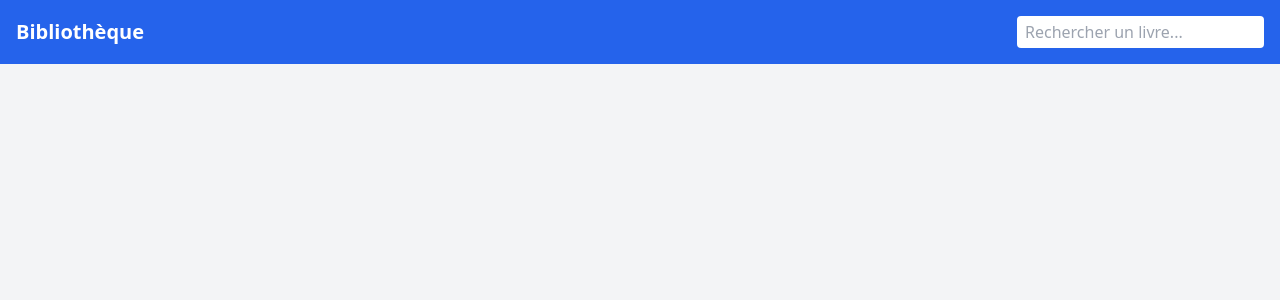
Repository: HAM0909/BookSmart
Page: home.html
An editor plug-in stored every save of this project. The page is shown before and after a run of saves, followed by the edit.
The browser window is 1280 px wide. The pictures show the whole page.
The page's requests for data from a server got no answer. Some web libraries are served in a nearby version.

Above is the page before, as saved 2025-08-22 22:03:17.

### home.html
<!DOCTYPE html>
<html lang="fr">
<head>
    <meta charset="UTF-8">
    <title>Home - Bibliothèque</title>
    <script src="https://cdn.tailwindcss.com"></script>
</head>
<body class="bg-gray-100 min-h-screen">

<header class="bg-blue-600 text-white p-4 flex justify-between items-center">
    <h1 class="text-xl font-bold">Bibliothèque</h1>
    <input id="searchInput" type="text" placeholder="Rechercher un livre..." class="px-2 py-1 rounded">
</header>

<main class="p-4">
    <div id="booksGrid" class="grid grid-cols-1 sm:grid-cols-2 md:grid-cols-3 lg:grid-cols-4 gap-4">
        <!-- Les livres seront injectés ici -->
    </div>
</main>

<script>
let currentUserId = null;

// Récupère l'utilisateur connecté
async function fetchCurrentUser() {
    try {
        const response = await fetch("/api/me");
        const data = await response.json();
        currentUserId = data.id;
    } catch (err) {
        console.error("Erreur fetchCurrentUser:", err);
        currentUserId = 1; // fallback si pas de session
    }
}

// Récupère la liste des livres
async function fetchBooks(search="") {
    let url = "/api/livres";
    if (search) url += `?search=${encodeURIComponent(search)}`;
    try {
        const response = await fetch(url);
        return await response.json();
    } catch (err) {
        console.error("Erreur fetchBooks:", err);
        return [];
    }
}

// Réserver un livre
async function reserveBook(bookId) {
    if (!currentUserId) {
        alert("Utilisateur non connecté !");
        return;
    }
    try {
        const response = await fetch("/api/reservations", {
            method: "POST",
            headers: { "Content-Type": "application/json" },
            body: JSON.stringify({ id_livre: bookId, id_adherent: currentUserId })
        });
        const result = await response.json();
        alert(result.msg || "Réservation terminée");
        displayBooks();
    } catch (err) {
        console.error("Erreur réservation:", err);
        alert("Erreur lors de la réservation.");
    }
}

// Affiche les livres dans la grille
async function displayBooks(search="") {
    const books = await fetchBooks(search);
    const grid = document.getElementById("booksGrid");
    grid.innerHTML = "";

    if (books.length === 0) {
        grid.innerHTML = `<p class="col-span-full text-center text-gray-500">Aucun livre trouvé</p>`;
        return;
    }

    books.forEach(book => {
        const card = document.createElement("div");
        card.className = "bg-white shadow rounded p-2 flex flex-col items-center";

        card.innerHTML = `
            <img src="${book.image_url || 'https://via.placeholder.com/150'}" alt="${book.titre}" class="w-32 h-40 object-cover mb-2">
            <div class="font-semibold text-center mb-1">${book.titre}</div>
            <div class="mb-2 text-sm ${book.disponibilite ? 'text-green-600' : 'text-red-600'}">
                ${book.disponibilite ? 'Disponible' : 'Réservé'}
            </div>
        `;

        const button = document.createElement("button");
        button.textContent = "Réserver";
        button.className = `p

After the next 2 saves:
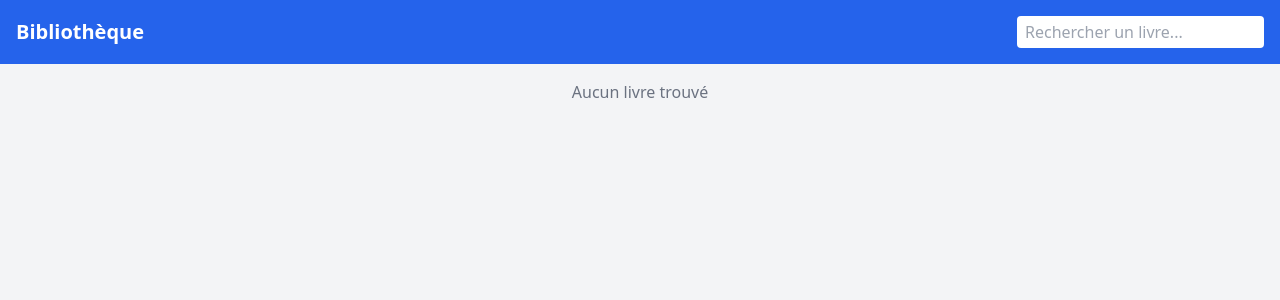
The 2 saves are shown as one change because they came seconds apart.
The last was saved 22 s later.
--- a/home.html
+++ b/home.html
@@ -92,4 +92,28 @@ async function displayBooks(search="") {
 
         const button = document.createElement("button");
         button.textContent = "Réserver";
-        button.className = `p
+        button.className = `px-2 py-1 rounded ${book.disponibilite ? 'bg-blue-600 text-white hover:bg-blue-700' : 'bg-gray-400 text-gray-200 cursor-not-allowed'}`;
+        button.disabled = !book.disponibilite;
+        button.onclick = () => reserveBook(book.id);
+
+        card.appendChild(button);
+        grid.appendChild(card);
+    });
+}
+
+// Recherche dynamique
+document.getElementById("searchInput").addEventListener("input", (e) => {
+    displayBooks(e.target.value);
+});
+
+// Initialisation
+async function init() {
+    await fetchCurrentUser();
+    displayBooks();
+}
+
+init();
+</script>
+
+</body>
+</html>
